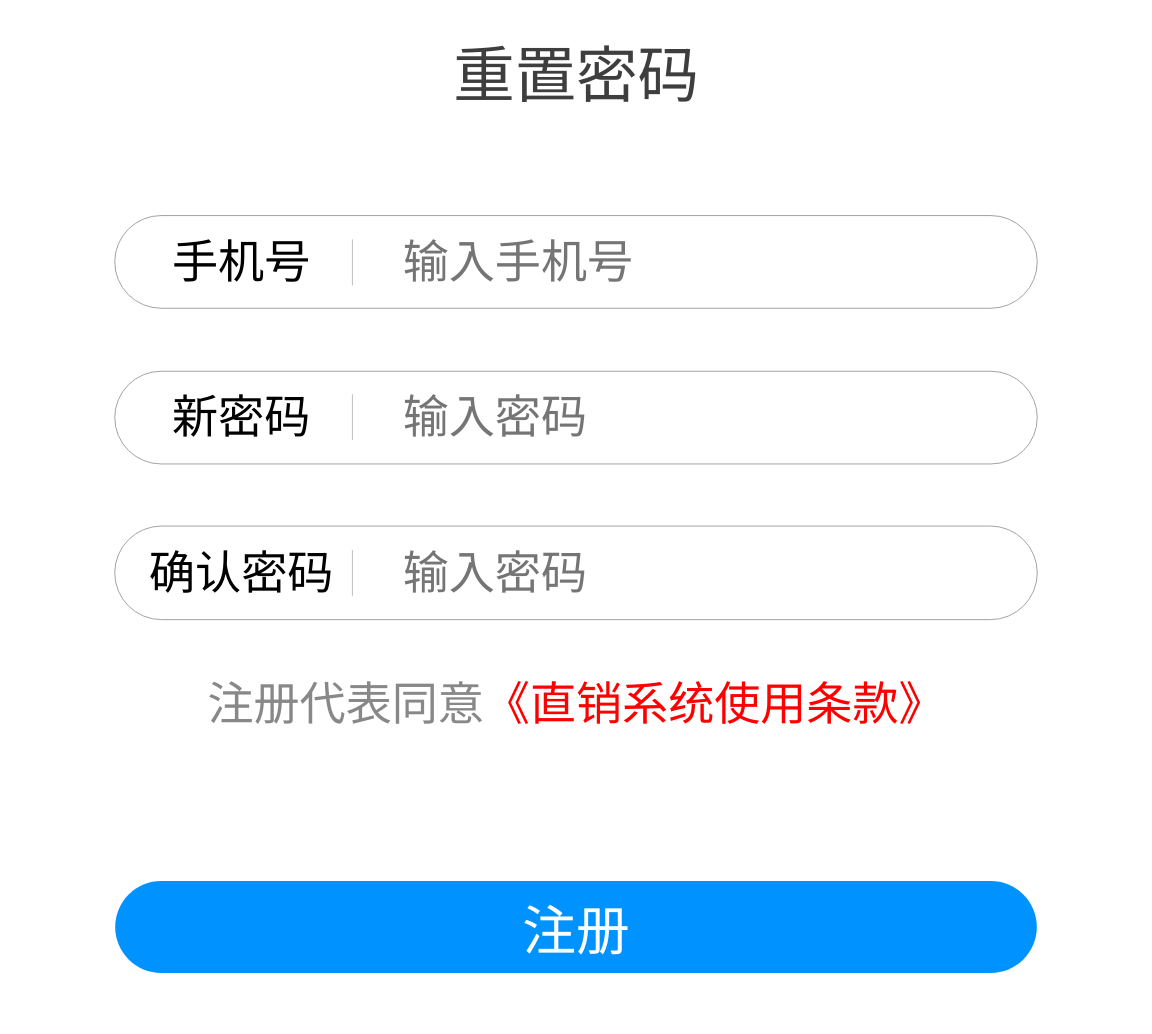
Repository: 421538074/sell
Page: consumer/reset-password.html
These files come from the project's save history. The page is drawn as it stood at one moment and after the next save; the edit follows.
The browser window is 1280 px wide. The pictures show the whole page, at 90% of full size.

Above is the page before, as saved 2019-05-29 16:00:11.

### consumer/reset-password.html
<!DOCTYPE html>
<html lang="en">

<head>
    <meta charset="UTF-8">
    <meta name="viewport" content="width=device-width, initial-scale=1.0">
    <meta http-equiv="X-UA-Compatible" content="ie=edge">
    <link rel="stylesheet" href="../css/base.css">
    <link rel="stylesheet" href="css/regsiter.css">
    <title>重置密码</title>
</head>

<body>
    <div id="app" class="content">
        <div class="regsiter">
            <div class="regsiter_wrap">
                <h4>重置密码</h4>
                <ul class="regsiter_uu">
                    <li>
                        <label class="title">手机号</label>
                        <input @input="limitLength('phone',11)" v-model="phone" maxlength="11" type="number"
                            placeholder="输入手机号">
                    </li>
                    <li>
                        <label class="title">新密码</label>
                        <input class="pasword" v-model="password" type="password" placeholder="输入密码">
                    </li>
                    <li>
                            <label class="title">确认密码</label>
                            <input class="pasword" v-model="password" type="password" placeholder="输入密码">
                        </li>
                </ul>
                <p class="regsiter-protocol">
                    注册代表同意<span class="stronger">《直销系统使用条款》</span>
                </p>
                <button class="regsiter_btn" @click="regsiter">注册</button>
            </div>
        </div>
    </div>
    <script src="../js/jquery.min.js"></script>
    <script src="../js/api.js"></script>
    <script src="../js/vue.js"></script>
    <script src="js/vue-mixin.js"></script>
    <script src="js/regsiter.js"></script>
</body>

</html>

### css/base.css
/* http://meyerweb.com/eric/tools/css/reset/
   v2.0 | 20110126
   License: none (public domain)
*/

html,
body,
div,
span,
applet,
object,
iframe,
h1,
h2,
h3,
h4,
h5,
h6,
p,
blockquote,
pre,
a,
abbr,
acronym,
address,
big,
cite,
code,
del,
dfn,
em,
img,
ins,
kbd,
q,
s,
samp,
small,
strike,
strong,
sub,
sup,
tt,
var,
b,
u,
i,
center,
dl,
dt,
dd,
ol,
ul,
li,
fieldset,
form,
label,
legend,
table,
caption,
tbody,
tfoot,
thead,
tr,
th,
td,
article,
aside,
canvas,
details,
embed,
figure,
figcaption,
footer,
header,
hgroup,
menu,
nav,
output,
ruby,
section,
summary,
time,
mark,
audio,
video {
    margin: 0;
    padding: 0;
    border: 0;
    font-size: 100%;
    font: inherit;
    vertical-align: baseline;
}

/* HTML5 display-role reset for older browsers */
article,
aside,
details,
figcaption,
figure,
footer,
header,
hgroup,
menu,
nav,
section {
    display: block;
}

body {
    line-height: 1;
}

ol,
ul {
    list-style: none;
}

blockquote,
q {
    quotes: none;
}

blockquote:before,
blockquote:after,
q:before,
q:after {
    content: '';
    content: none;
}

table {
    border-collapse: collapse;
    border-spacing: 0;
}


body,
html {
    font-size: calc(100vw / 37.5);
    font-family: PingFangSC-Medium;
    background: #F2F2F2;
}


[v-cloak] {
    display: none;
}


hr {
    margin: 0;
    padding: 0;
}

.clearfix {
    zoom: 1;
}

.clearfix:after {
    content: ".";
    display: block;
    visibility: hidden;
    height: 0;
    clear: both;
}

[v-cloak] {
    display: none;
}

### consumer/css/regsiter.css
html,body{
    background: #ffffff;
}
h4 {
    color: #3E3E3E;
    text-align: center;
    height: 5rem;
    font-size: 2rem;
    display: flex;
    align-items: center;
    justify-content: center;
}
li {
    width: 80%;
    border: 1px solid #999999;
    margin: 2rem auto;
    height: 3rem;
    border-radius: 10rem;
    display: flex;
    align-items: center;
    justify-content: space-around;
    position: relative;
}
label.title{
    position: relative;
    width: 20%;
    display: flex;
    align-items: center;
    justify-content: center;
    font-size: 1.5rem;
}
label.title::after{
    content: '';
    position: absolute;
    height: 100%;
    width: 1px;
    background: #B6B6B6;
    left: 110%;
}
li input {
    border: none;
    flex: 0.8;
    outline: 0;
    font-size: 1.5rem;
}
input.pasword{
    color: #0093FF;
}
button.regsiter_btn {
    background: #0093FF;
    outline: 0;
    border: none;
    border-radius: 10rem;
    height: 3rem;
    width: 80%;
    margin: 5rem auto;
    display: block;
    color: #ffffff;
    font-size: 1.75rem;
    margin-bottom: 2rem;
}
button.send-code {
    background: #0093FF;
    border: none;
    color: #fff;
    border-radius: 10rem;
    font-size: 1rem;
    padding: 0.3rem 1rem;
    position: absolute;
    right: 0.5rem;
    outline: 0;
}
p.regsiter-protocol {
    color: #888888;
    font-size: 1.5rem;
    text-align: center;
}
span.stronger {
    color: red;
}

### js/api.js



// window.warn = {
//     alert: function alert(msg) {
//         var template = `
// `
//         $('body').append(template);
//         $('.alert-body').animate({
//             top: "40px"
//         }, 200);
//         // setTimeout(function () {
//         //     warn.close();
//         // }, 1500);
//     },
//     close: function close() {
//         $('.alert-body').animate({
//             top: "-280px"
//         }, 200);
//         setTimeout(function () {
//             $('#alert-msg').remove();
//         }, 200);
//     }
// };

### consumer/js/vue-mixin.js
Vue.mixin({
    methods: {
        /**
         * 限制长度
         * @param {String} 要限制长度的字段
         * @param {Number} 长度
         */
        limitLength(key, length) {
            this[key] = this[key].substring(0, length);
        },
        /**
         * 验证11位手机号
         * @param {Number} phone
         */
        validatePhone(phone) {
            const phoneReg = /^[1-9][0-9]{9}[0-9]$/;
            return phoneReg.test(phone);
        },
        /**
         * 发送手机验证码
         * @param {Number} waitTimeKey 等待时间键名
         * @param {String} tipsKey 发送验证码显示的信息的键名
         * @param {String} phoneKey 手机号键名
         * @param {String} reSendMsg  按钮默认显示的文字
         */
        sendCode(waitTimeKey, tipsKey, phoneKey, defaultMsg) {
            if (!this.validatePhone(this[phoneKey])) {
                alert('无效手机号!');
                return;
            }
            if (this[waitTimeKey] == 60) {
                $.post('', {
                        phone: this[phoneKey]
                    }, (res) => {
                        if (res.status == 1) {
                            const interval = setInterval(() => {
                                if (this[waitTimeKey] == 1) {
                                    this[waitTimeKey] = 60;
                                    this[tipsKey] = defaultMsg;
                                    clearInterval(interval);
                                    return;
                                }
                                this[waitTimeKey] -= 1;
                                this[tipsKey] = `${this[waitTimeKey]}s`;
                            }, 1000);
                        } else {
                            alert('发送失败!');
                        }
                    }, 'json')
                    .fail(err => {
                        alert('服务器异常!');
                    });
            }
        },
        /**
         * 链接跳转
         * @param {String} url
         */
        linkTo(url) {
            window.location.href = url;
        }
    },
    filters: {

    }
})

### consumer/js/regsiter.js
new Vue({
    el:'#app',
    data() {
        return {
            phone:'',
            password:'',
            waitTime:60,
            waitTips:'获取',
            code:''
        }
    },
    methods: {
        regsiter() {

        }
    }
});

Loaded but not shown: js/jquery.min.js (library); js/vue.js (library)

After the next save:
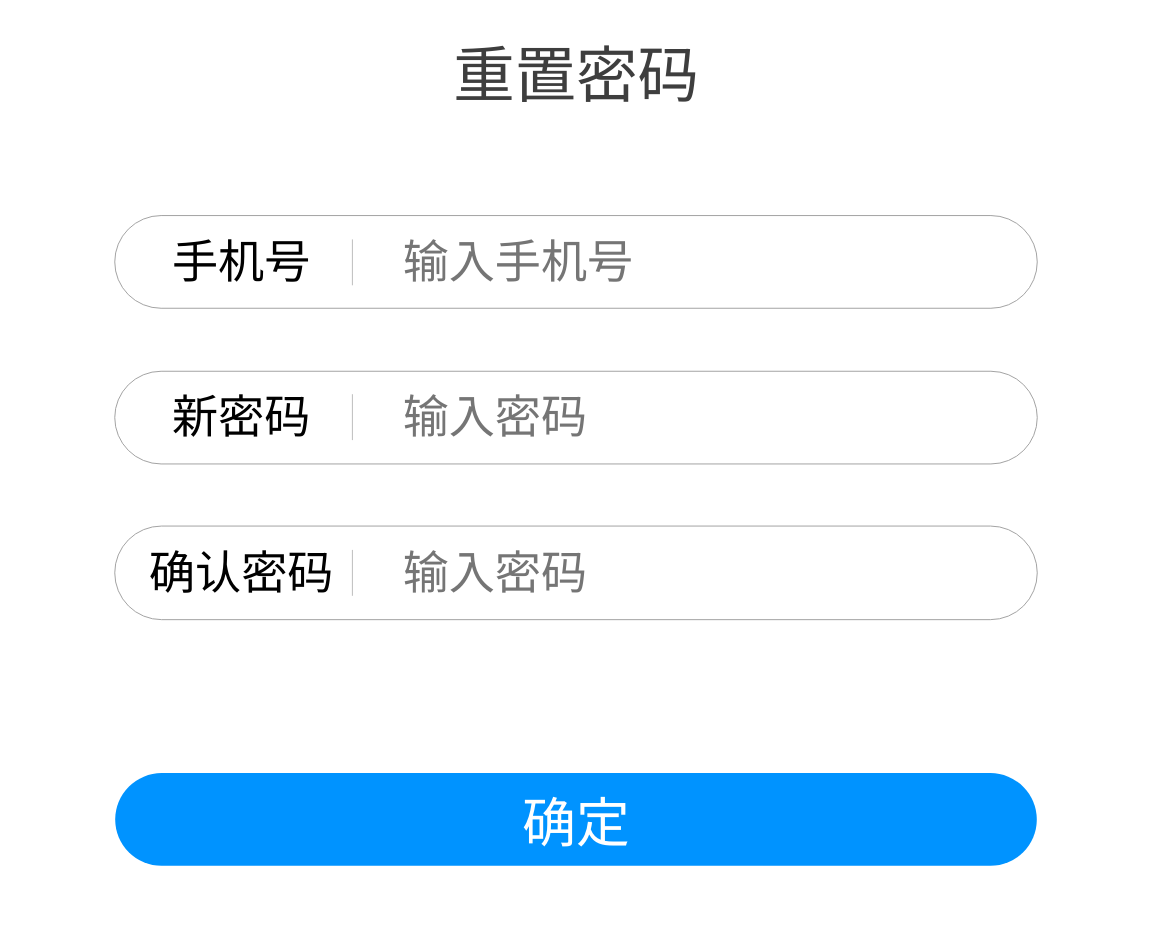
Saved 23 s later.
--- a/consumer/reset-password.html
+++ b/consumer/reset-password.html
@@ -26,14 +26,12 @@
                         <input class="pasword" v-model="password" type="password" placeholder="输入密码">
                     </li>
                     <li>
-                            <label class="title">确认密码</label>
-                            <input class="pasword" v-model="password" type="password" placeholder="输入密码">
-                        </li>
+                        <label class="title">确认密码</label>
+                        <input class="pasword" v-model="password" type="password" placeholder="输入密码">
+                    </li>
                 </ul>
-                <p class="regsiter-protocol">
-                    注册代表同意<span class="stronger">《直销系统使用条款》</span>
-                </p>
-                <button class="regsiter_btn" @click="regsiter">注册</button>
+
+                <button class="regsiter_btn" @click="regsiter">确定</button>
             </div>
         </div>
     </div>
